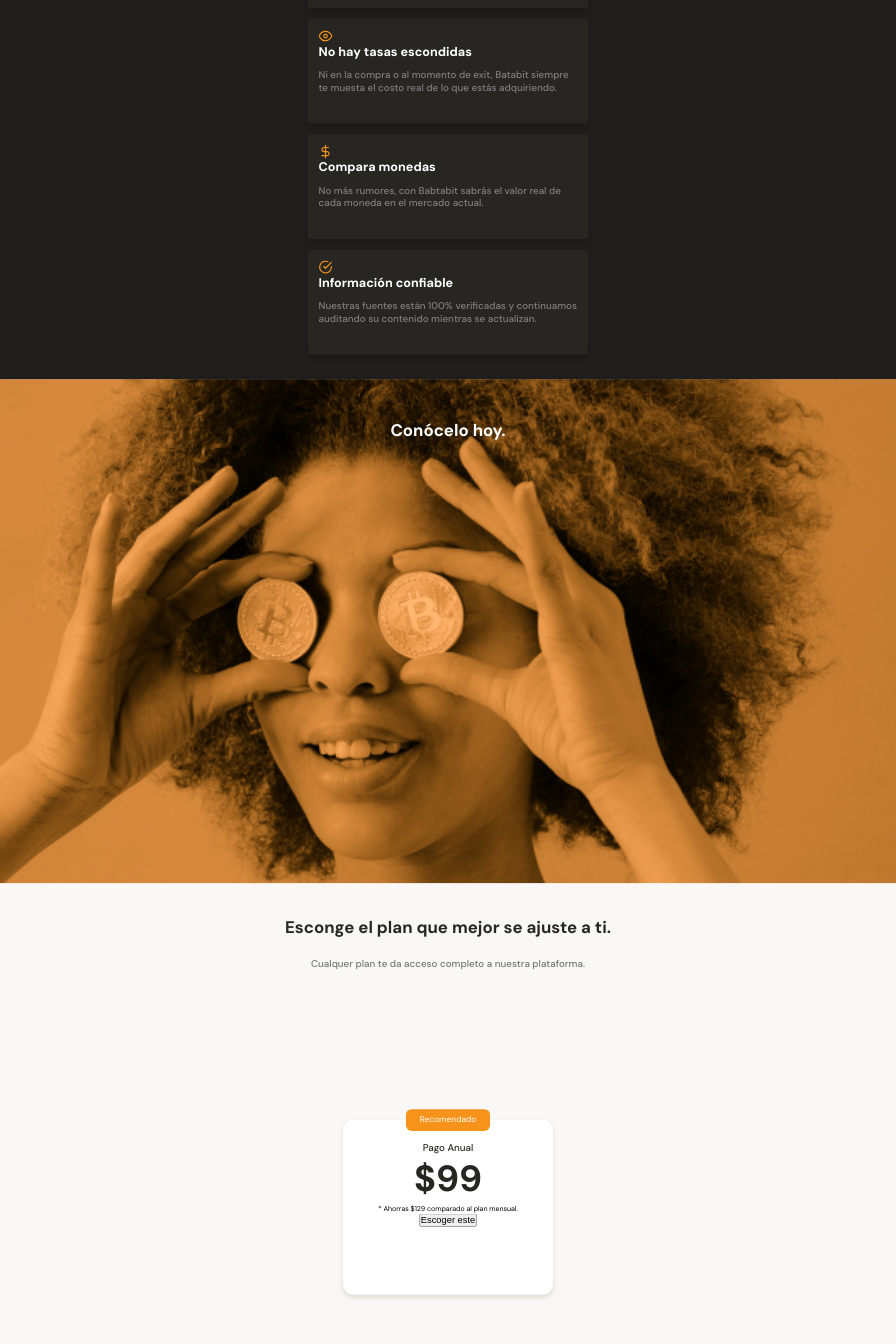
Repository: elto82/mobileFirst
Page: index.html
An editor plug-in stored every save of this project. The page is shown before and after the next save, followed by the edit.
The browser window is 1280 px wide. The pictures show the part of the page from y = 1441 to 3361 px (the page is 3361 px tall), at 70% of full size.
Some web fonts or font styles are not loaded; a fallback is used.

Above is the page before, as saved 2022-06-08 21:14:02.

After the next save:
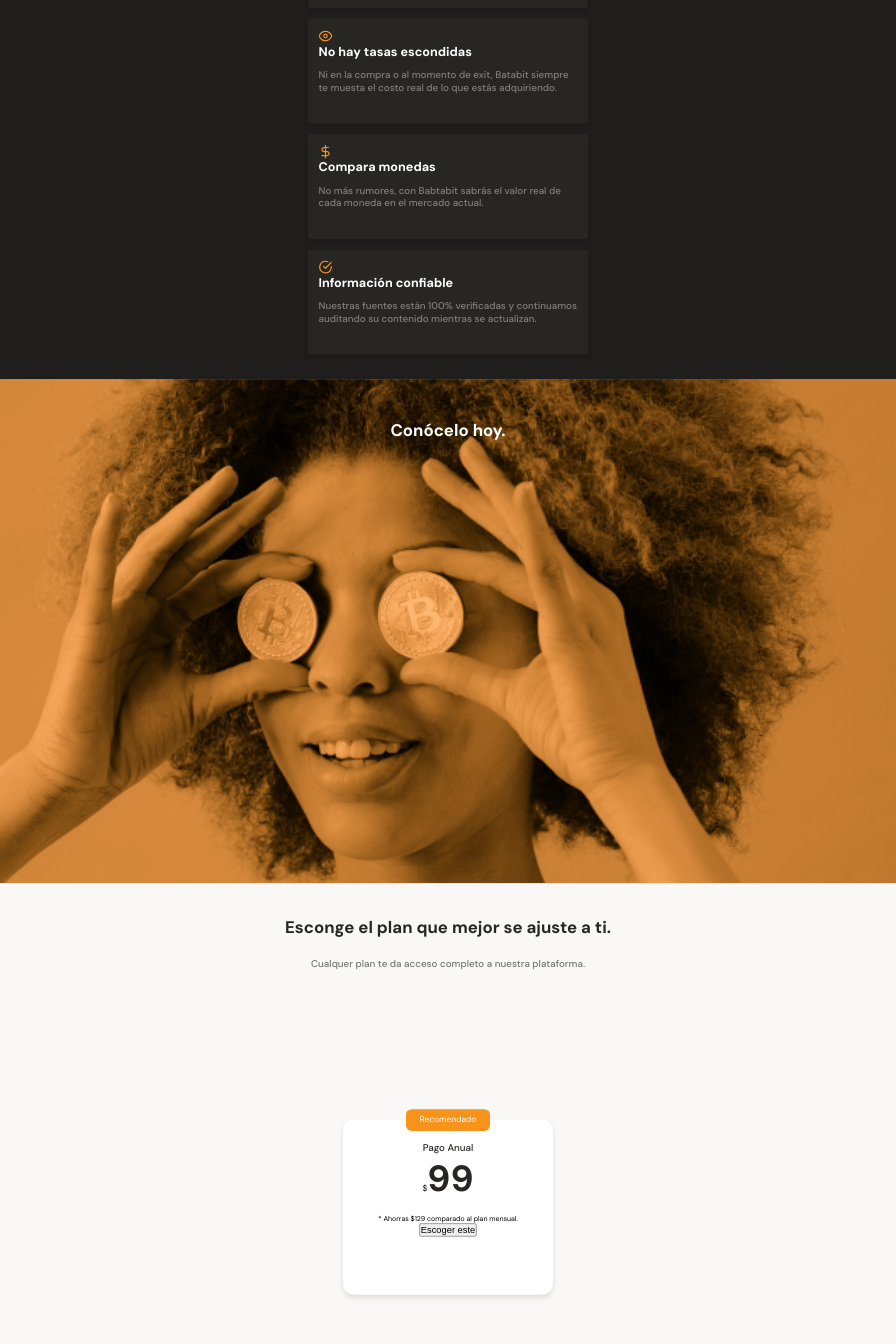
Saved 52 s later.
--- a/style.css
+++ b/style.css
@@ -406,5 +406,6 @@
     color: var(--black);
 }
 .plan-card--price span{
-
-}
+    font-size: 1.2rem;
+    font-weight: 300;
+}
